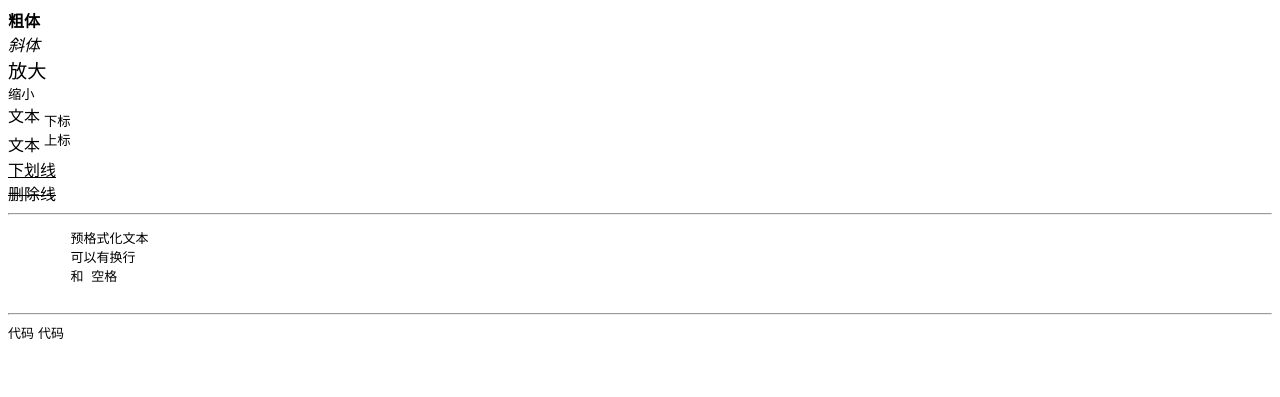
Repository: weizhang05g/learninghtml
Page: 文本格式化.html
An editor plug-in stored every save of this project. The page is shown before and after the next save, followed by the edit.
The browser window is 1280 px wide. The pictures show the whole page.

Above is the page before, as saved 2019-12-19 09:33:35.

After the next save:
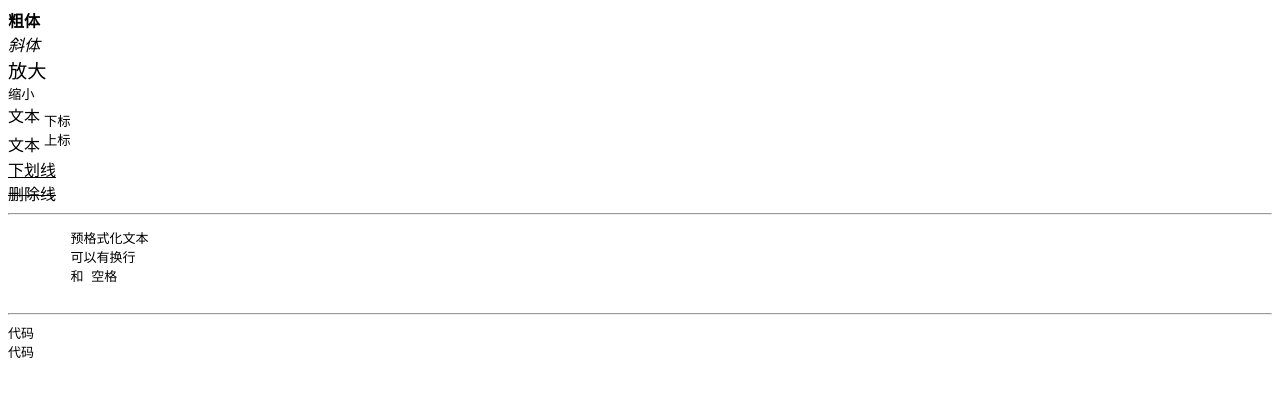
Saved 13 s later.
--- a/文本格式化.html
+++ b/文本格式化.html
@@ -22,7 +22,7 @@
         和 空格
     </pre>
     <hr>
-    <code>代码</code>
-    <samp>代码</samp>
+    <code>代码</code> <br>
+    <samp>代码</samp> <br>
 </body>
 </html>
